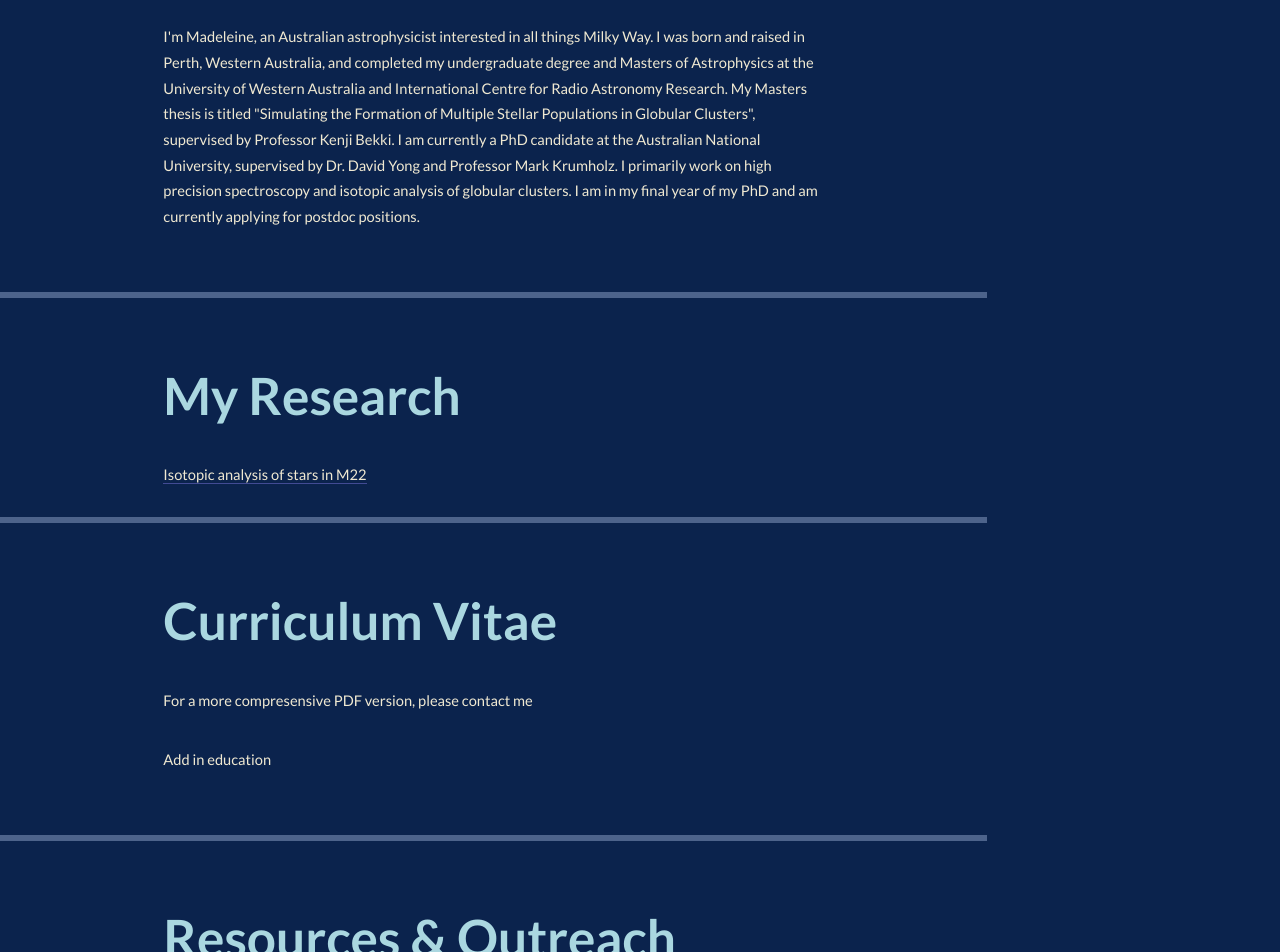
Repository: madeleine-mckenzie/madeleine-mckenzie.github.io
Page: index.html
An editor plug-in stored every save of this project. The page is shown before and after the next save, followed by the edit.
The browser window is 1280 px wide. The pictures show the part of the page from y = 727 to 1679 px (the page is 2391 px tall).
Backgrounds fixed to the window are drawn as part of the page.

Above is the page before, as saved 2023-11-12 15:37:43.

After the next save:
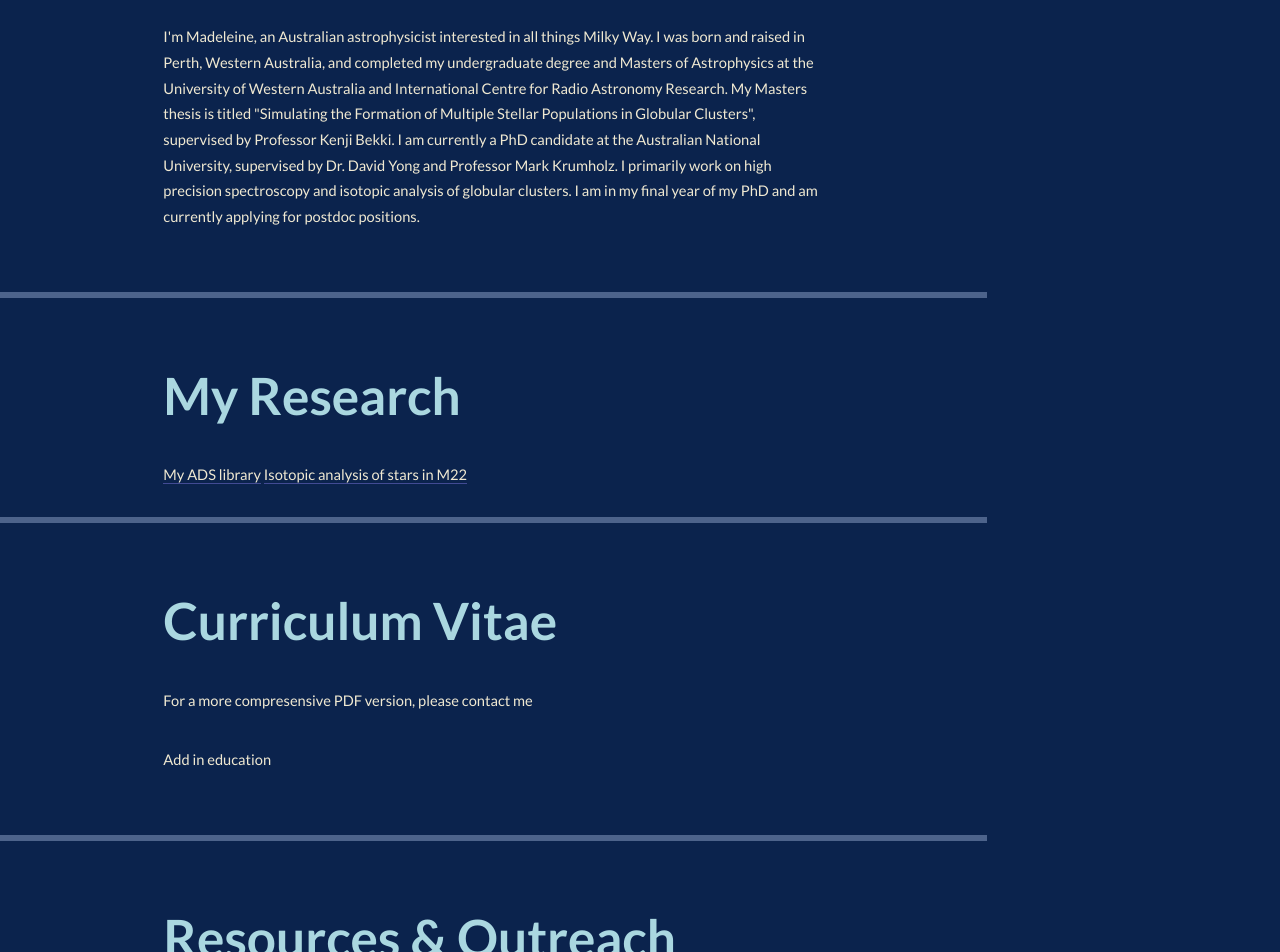
Saved 74 s later.
--- a/index.html
+++ b/index.html
@@ -72,7 +72,8 @@
                         <header class="major">
                             <h2>My Research</h2>
                         </header>
-                        <a href="Isotopic analysis of stars in M22">Isotopic analysis of stars in M22</a>
+                        <a href="https://ui.adsabs.harvard.edu/abs/2023MNRAS.tmp.2870M/abstract">My ADS library</a>
+                        <a href="https://ui.adsabs.harvard.edu/abs/2023MNRAS.tmp.2870M/abstract">Isotopic analysis of stars in M22</a>
 
                     </div>
                 </section>
